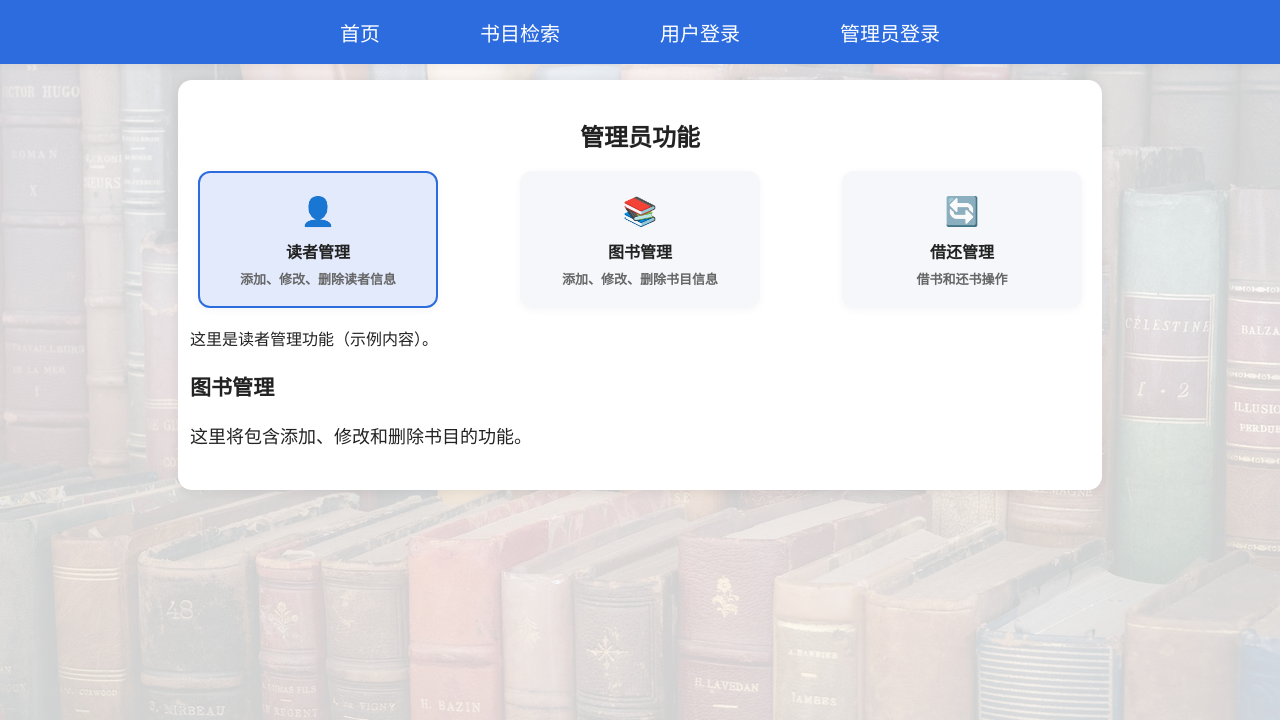
Repository: MercuryRandom/Library-Resource-Management-System
Page: /admin/books (app in frontend/)
An editor plug-in stored every save of this project. The page is shown before and after the next save, followed by the edit.
The browser window is 1280 px wide. The pictures show the whole page.
The page's requests for data from a server got no answer. The project was rebuilt for these pictures with package versions that can differ from the ones it lists, and the page was loaded fresh each time. No one was signed in, and anything a server would have sent is missing. Also part of the build but not shown: frontend/vite.config.js, frontend/src/pages/HomePage.jsx, frontend/src/pages/SearchPage.jsx, frontend/src/pages/LoginPage.jsx, frontend/src/pages/RegisterPage.jsx, frontend/src/pages/UserLibraryPage.jsx, frontend/src/pages/AdminLoginPage.jsx, frontend/src/pages/admin/ReaderManagementPage.jsx and 1 more.

Above is the page before, as saved 2025-06-27 17:33:02.

### frontend/index.html
<!DOCTYPE html>
<html lang="zh-CN">

<head>
  <meta charset="UTF-8" />
  <link rel="icon" type="image/svg+xml" href="/vite.svg" />
  <meta name="viewport" content="width=device-width, initial-scale=1.0" />
  <title>图书管理系统</title>
</head>

<body>
  <div id="root"></div>
  <script type="module" src="/src/main.jsx"></script>
</body>

</html>

### frontend/src/App.jsx
import { BrowserRouter as Router, Routes, Route, useNavigate } from 'react-router-dom';
import MainLayout from './layout/MainLayout';
import HomePage from './pages/HomePage';
import SearchPage from './pages/SearchPage';
import LoginPage from './pages/LoginPage';
import RegisterPage from './pages/RegisterPage';
import UserLibraryPage from './pages/UserLibraryPage';
import AdminLoginPage from './pages/AdminLoginPage';
import AdminPage from './pages/AdminPage';
import ReaderManagementPage from './pages/admin/ReaderManagementPage';
import BookManagementPage from './pages/admin/BookManagementPage';
import BorrowManagementPage from './pages/admin/BorrowManagementPage';
import './App.css';

function App() {
  return (
    <Router>
      <Routes>
        <Route path="/" element={<MainLayout />}>
          <Route index element={<HomePage />} />
          <Route path="search" element={<SearchPage />} />
          <Route path="login" element={<LoginPage />} />
          <Route path="register" element={<RegisterPage />} />
          <Route path="library" element={<UserLibraryPage />} />
          <Route path="admin-login" element={<AdminLoginPage />} />
          <Route path="admin" element={<AdminPage />}>
            <Route path="readers" element={<ReaderManagementPage />} />
            <Route path="books" element={<BookManagementPage />} />
            <Route path="borrowing" element={<BorrowManagementPage />} />
          </Route>
        </Route>
      </Routes>
    </Router>
  );
}

export default App;

### frontend/src/layout/MainLayout.jsx
import React from 'react';
import { Outlet, NavLink } from 'react-router-dom';

const MainLayout = () => {
  return (
    <div>
      <nav>
        <ul>
          <li>
            <NavLink to="/" end className={({ isActive }) => isActive ? 'active' : ''}>首页</NavLink>
          </li>
          <li>
            <NavLink to="/search" className={({ isActive }) => isActive ? 'active' : ''}>书目检索</NavLink>
          </li>
          <li>
            <NavLink to="/login" className={({ isActive }) => isActive ? 'active' : ''}>用户登录</NavLink>
          </li>
          <li>
            <NavLink to="/admin-login" className={({ isActive }) => isActive ? 'active' : ''}>管理员登录</NavLink>
          </li>
        </ul>
      </nav>
      <hr style={{ border: 'none', margin: 0 }} />
      <main>
        <Outlet />
      </main>
    </div>
  );
};

export default MainLayout;

### frontend/src/pages/AdminPage.jsx
import React, { useState } from 'react';
import { useNavigate, Outlet } from 'react-router-dom';

const adminFeatures = [
  { key: 'readers', path: 'readers', title: '读者管理', desc: '添加、修改、删除读者信息', icon: '👤' },
  { key: 'books', path: 'books', title: '图书管理', desc: '添加、修改、删除书目信息', icon: '📚' },
  { key: 'borrowing', path: 'borrowing', title: '借还管理', desc: '借书和还书操作', icon: '🔄' },
];

const featureContent = {
  readers: <div style={{ fontSize: 16, marginTop: 16 }}>这里是读者管理功能（示例内容）。</div>,
  books: <div style={{ fontSize: 16, marginTop: 16 }}>这里是图书管理功能（示例内容）。</div>,
  borrowing: <div style={{ fontSize: 16, marginTop: 16 }}>这里是借还管理功能（示例内容）。</div>,
};

const AdminPage = () => {
  const [selected, setSelected] = useState('readers');
  const navigate = useNavigate();
  return (
    <div style={{ maxWidth: 900, margin: '0 auto' }}>
      <h2 style={{ fontSize: 24, marginBottom: 18, textAlign: 'center' }}>管理员功能</h2>
      <div style={{ display: 'flex', justifyContent: 'space-between', gap: 18, marginBottom: 18 }}>
        {adminFeatures.map(f => (
          <div
            key={f.key}
            className="card-hover"
            style={{ flex: 1, background: selected === f.key ? '#e3eafc' : '#f5f7fb', borderRadius: 12, boxShadow: '0 2px 8px rgba(0,0,0,0.04)', padding: '18px 8px', textAlign: 'center', minWidth: 0, maxWidth: 220, margin: '0 8px', cursor: 'pointer', fontSize: 15, border: selected === f.key ? '2px solid #2d6cdf' : '2px solid transparent', fontWeight: 600, transition: 'all 0.2s' }}
            onClick={() => { setSelected(f.key); navigate(f.path); }}
          >
            <div style={{ fontSize: 28, marginBottom: 10 }}>{f.icon}</div>
            <div style={{ fontSize: 16, fontWeight: 700, marginBottom: 6 }}>{f.title}</div>
            <div style={{ color: '#666', fontSize: 13 }}>{f.desc}</div>
          </div>
        ))}
      </div>
      <div>{featureContent[selected]}</div>
      <div style={{ marginTop: 18 }}>
        <Outlet />
      </div>
    </div>
  );
};

export default AdminPage;

### frontend/src/pages/admin/BookManagementPage.jsx
import React from 'react';

const BookManagementPage = () => {
  return (
    <div>
      <h3>图书管理</h3>
      <p>这里将包含添加、修改和删除书目的功能。</p>
    </div>
  );
};

export default BookManagementPage;

### frontend/src/App.css
body {
  margin: 0;
  padding: 0;
  font-family: 'Segoe UI', 'Arial', sans-serif;
  background: url('/image.png') no-repeat center center fixed;
  background-size: cover;
  color: #222;
  font-size: 18px;
  position: relative;
}

body::before {
  content: '';
  position: fixed;
  left: 0;
  top: 0;
  right: 0;
  bottom: 0;
  background: rgba(255, 255, 255, 0.82);
  /* 可调整透明度和颜色 */
  z-index: 0;
  pointer-events: none;
}

#root {
  min-height: 100vh;
  display: flex;
  flex-direction: column;
  position: relative;
  z-index: 1;
}

nav {
  background: #2d6cdf;
  padding: 0 0;
  box-shadow: 0 2px 8px rgba(0, 0, 0, 0.04);
}

nav ul {
  display: flex;
  justify-content: center;
  align-items: center;
  margin: 0;
  padding: 0;
  list-style: none;
  height: 64px;
}

nav ul li {
  margin: 0 32px;
}

nav ul li a {
  color: #fff;
  text-decoration: none;
  font-size: 20px;
  font-weight: 500;
  padding: 8px 18px;
  border-radius: 8px;
  transition: background 0.2s;
}

nav ul li a:hover,
nav ul li a.active {
  background: #174ea6;
}

main {
  flex: 1;
  max-width: 900px;
  margin: 16px auto 0 auto;
  background: #fff;
  border-radius: 14px;
  box-shadow: 0 2px 12px rgba(0, 0, 0, 0.08);
  padding: 18px 12px 24px 12px;
  font-size: 1em;
}

/* 登录/注册卡片样式 */
.form-card {
  max-width: 320px;
  margin: 24px auto;
  padding: 18px 12px 12px 12px;
  background: #f5f7fb;
  border-radius: 10px;
  box-shadow: 0 2px 16px rgba(0, 0, 0, 0.08);
}

.form-card h2 {
  text-align: center;
  margin-bottom: 14px;
  font-size: 1.3em;
}

.form-card label {
  font-size: 1em;
  margin-bottom: 8px;
}

.form-card input,
.form-card select {
  width: 100%;
  padding: 7px;
  font-size: 1em;
  border: 1px solid #bfc8e0;
  border-radius: 5px;
  margin-bottom: 10px;
  background: #fff;
  box-sizing: border-box;
}

.form-card button {
  width: 100%;
  padding: 8px;
  font-size: 1em;
  background: #2d6cdf;
  color: #fff;
  border: none;
  border-radius: 5px;
  margin-top: 8px;
  cursor: pointer;
  transition: background 0.2s;
}

.form-card button:hover {
  background: #174ea6;
}

.form-card .form-link {
  display: block;
  text-align: right;
  margin-top: 12px;
  color: #2d6cdf;
  text-decoration: underline;
  cursor: pointer;
  font-size: 1em;
}

@media (max-width: 900px) {
  main {
    max-width: 98vw;
    padding: 8px 2vw;
  }

  nav ul li {
    margin: 0 8px;
  }

  nav ul li a {
    font-size: 16px;
    padding: 6px 8px;
  }

  .form-card {
    padding: 8px 2px 8px 2px;
  }
}

.logo {
  height: 6em;
  padding: 1.5em;
  will-change: filter;
  transition: filter 300ms;
}

.logo:hover {
  filter: drop-shadow(0 0 2em #646cffaa);
}

.logo.react:hover {
  filter: drop-shadow(0 0 2em #61dafbaa);
}

@keyframes logo-spin {
  from {
    transform: rotate(0deg);
  }

  to {
    transform: rotate(360deg);
  }
}

@media (prefers-reduced-motion: no-preference) {
  a:nth-of-type(2) .logo {
    animation: logo-spin infinite 20s linear;
  }
}

.card {
  padding: 2em;
}

.read-the-docs {
  color: #888;
}

.card-hover {
  transition: box-shadow 0.25s, transform 0.25s;
  box-shadow: 0 2px 12px rgba(0, 0, 0, 0.04);
  font-size: 0.95em;
  padding: 14px 6px;
  border-radius: 10px;
  min-width: 160px;
  max-width: 220px;
  margin: 0 8px;
}

.card-hover:hover {
  box-shadow: 0 8px 32px rgba(45, 108, 223, 0.18);
  transform: translateY(-10px) scale(1.03);
  z-index: 2;
}

Loaded but not shown: frontend/src/main.jsx (common file)

After the next save:
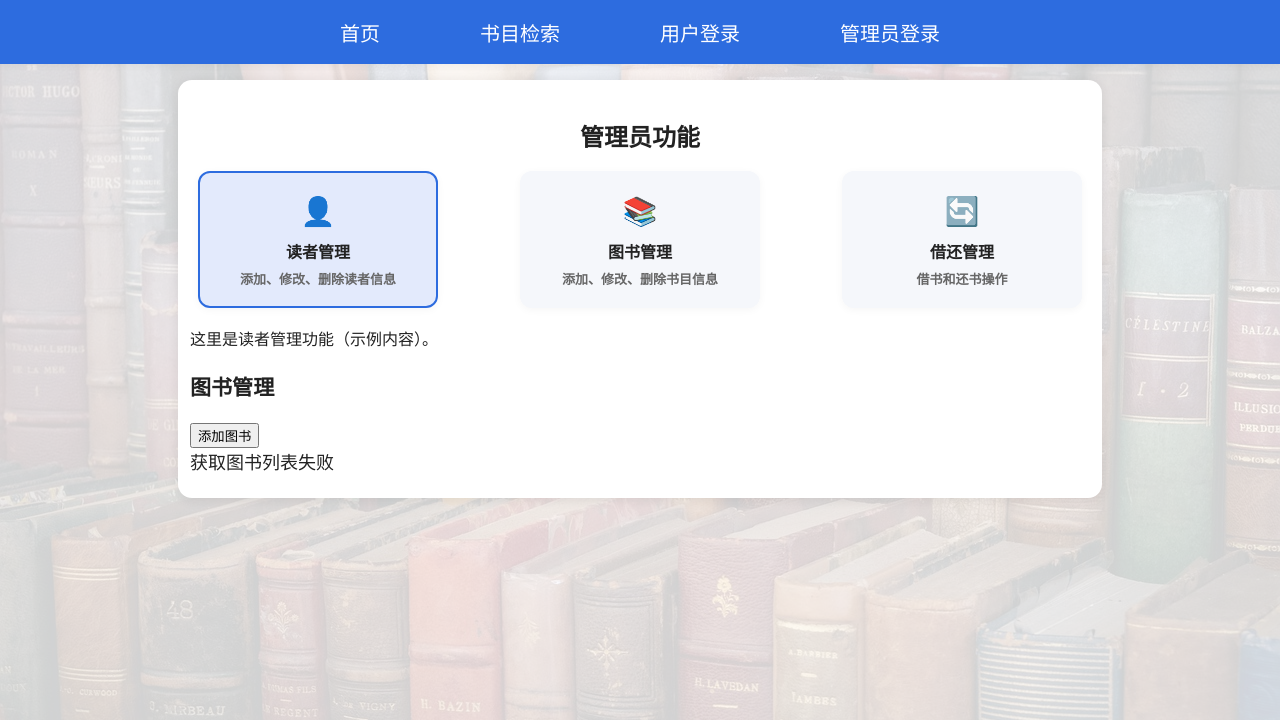
Saved 24 s later.
--- a/frontend/src/pages/admin/BookManagementPage.jsx
+++ b/frontend/src/pages/admin/BookManagementPage.jsx
@@ -1,10 +1,144 @@
-import React from 'react';
+import React, { useState, useEffect } from 'react';
+
+// BookForm component for Add/Edit
+const BookForm = ({ book, onSave, onCancel, error }) => {
+  const [formData, setFormData] = useState({
+    title: '', author: '', publisher: '', publication_date: '', total_copies: 1, available_copies: 1, theme_word: '', classification_num: '', call_num: '', series_title: '',
+    ...book
+  });
+
+  const handleChange = (e) => {
+    setFormData({ ...formData, [e.target.name]: e.target.value });
+  };
+
+  const handleSubmit = (e) => {
+    e.preventDefault();
+    onSave(formData);
+  };
+
+  return (
+    <div style={{ position: 'fixed', left: 0, top: 0, width: '100vw', height: '100vh', background: '#0008', zIndex: 1000, display: 'flex', alignItems: 'center', justifyContent: 'center' }}>
+      <form onSubmit={handleSubmit} style={{ background: '#fff', borderRadius: 10, padding: 32, minWidth: 400, boxShadow: '0 4px 24px #0002', display: 'flex', flexWrap: 'wrap', gap: 16 }}>
+        <h3 style={{ width: '100%', marginTop: 0 }}>{book ? '修改图书' : '添加图书'}</h3>
+        <div style={{ flex: '1 1 45%' }}><label>ISBN (book_id)</label><input name="book_id" value={formData.book_id || ''} onChange={handleChange} required disabled={!!book} /></div>
+        <div style={{ flex: '1 1 45%' }}><label>题名 (title)</label><input name="title" value={formData.title} onChange={handleChange} required /></div>
+        <div style={{ flex: '1 1 45%' }}><label>作者 (author)</label><input name="author" value={formData.author} onChange={handleChange} required /></div>
+        <div style={{ flex: '1 1 45%' }}><label>出版社 (publisher)</label><input name="publisher" value={formData.publisher} onChange={handleChange} /></div>
+        <div style={{ flex: '1 1 45%' }}><label>出版日期 (publication_date)</label><input type="date" name="publication_date" value={formData.publication_date ? formData.publication_date.slice(0, 10) : ''} onChange={handleChange} /></div>
+        <div style={{ flex: '1 1 45%' }}><label>总册数 (total_copies)</label><input type="number" name="total_copies" value={formData.total_copies} onChange={handleChange} required /></div>
+        <div style={{ flex: '1 1 45%' }}><label>在册数 (available_copies)</label><input type="number" name="available_copies" value={formData.available_copies} onChange={handleChange} required /></div>
+        <div style={{ flex: '1 1 45%' }}><label>主题词 (theme_word)</label><input name="theme_word" value={formData.theme_word} onChange={handleChange} /></div>
+        <div style={{ flex: '1 1 45%' }}><label>分类号 (classification_num)</label><input name="classification_num" value={formData.classification_num} onChange={handleChange} /></div>
+        <div style={{ flex: '1 1 45%' }}><label>索书号 (call_num)</label><input name="call_num" value={formData.call_num} onChange={handleChange} /></div>
+        <div style={{ flex: '1 1 45%' }}><label>丛书名 (series_title)</label><input name="series_title" value={formData.series_title} onChange={handleChange} /></div>
+        {error && <div style={{ width: '100%', color: 'red' }}>{error}</div>}
+        <div style={{ width: '100%', display: 'flex', gap: 12, justifyContent: 'flex-end', marginTop: 20 }}>
+          <button type="button" onClick={onCancel}>取消</button>
+          <button type="submit">保存</button>
+        </div>
+      </form>
+    </div>
+  );
+};
 
 const BookManagementPage = () => {
+  const [books, setBooks] = useState([]);
+  const [loading, setLoading] = useState(false);
+  const [error, setError] = useState('');
+  const [formState, setFormState] = useState({ open: false, book: null, error: '' });
+
+  const fetchBooks = async () => {
+    setLoading(true);
+    try {
+      const res = await fetch('http://localhost:4001/api/books');
+      const data = await res.json();
+      setBooks(data);
+    } catch {
+      setError('获取图书列表失败');
+    } finally {
+      setLoading(false);
+    }
+  };
+
+  useEffect(() => {
+    fetchBooks();
+  }, []);
+
+  const handleSave = async (formData) => {
+    const isEdit = !!formState.book;
+    const url = isEdit ? `http://localhost:4001/api/admin/books/${formState.book.book_id}` : 'http://localhost:4001/api/admin/books';
+    const method = isEdit ? 'PUT' : 'POST';
+
+    try {
+      const res = await fetch(url, {
+        method,
+        headers: { 'Content-Type': 'application/json' },
+        body: JSON.stringify(formData)
+      });
+      const data = await res.json();
+      if (data.success) {
+        setFormState({ open: false, book: null, error: '' });
+        fetchBooks();
+      } else {
+        setFormState({ ...formState, error: data.message || '保存失败' });
+      }
+    } catch {
+      setFormState({ ...formState, error: '请求失败' });
+    }
+  };
+
+  const handleDelete = async (book_id) => {
+    if (window.confirm(`确认删除图书 ${book_id} 吗？`)) {
+      try {
+        const res = await fetch(`http://localhost:4001/api/admin/books/${book_id}`, { method: 'DELETE' });
+        const data = await res.json();
+        if (data.success) {
+          fetchBooks();
+        } else {
+          alert(data.message || '删除失败');
+        }
+      } catch {
+        alert('删除失败');
+      }
+    }
+  };
+
   return (
     <div>
       <h3>图书管理</h3>
-      <p>这里将包含添加、修改和删除书目的功能。</p>
+      <button onClick={() => setFormState({ open: true, book: null, error: '' })}>添加图书</button>
+      {loading ? <div>加载中...</div> : error ? <div>{error}</div> : (
+        <div style={{ overflowX: 'auto' }}>
+          <table style={{ width: '100%', marginTop: 10 }}>
+            <thead>
+              <tr>
+                <th>ISBN</th>
+                <th>题名</th>
+                <th>作者</th>
+                <th>出版社</th>
+                <th>在册/总数</th>
+                <th>操作</th>
+              </tr>
+            </thead>
+            <tbody>
+              {books.map(b => (
+                <tr key={b.book_id}>
+                  <td>{b.book_id}</td>
+                  <td>{b.title}</td>
+                  <td>{b.author}</td>
+                  <td>{b.publisher}</td>
+                  <td>{b.available_copies}/{b.total_copies}</td>
+                  <td>
+                    <button onClick={() => setFormState({ open: true, book: b, error: '' })}>修改</button>
+                    <button onClick={() => handleDelete(b.book_id)}>删除</button>
+                  </td>
+                </tr>
+              ))}
+            </tbody>
+          </table>
+        </div>
+      )}
+      {formState.open && <BookForm book={formState.book} onSave={handleSave} onCancel={() => setFormState({ open: false, book: null, error: '' })} error={formState.error} />}
     </div>
   );
 };
